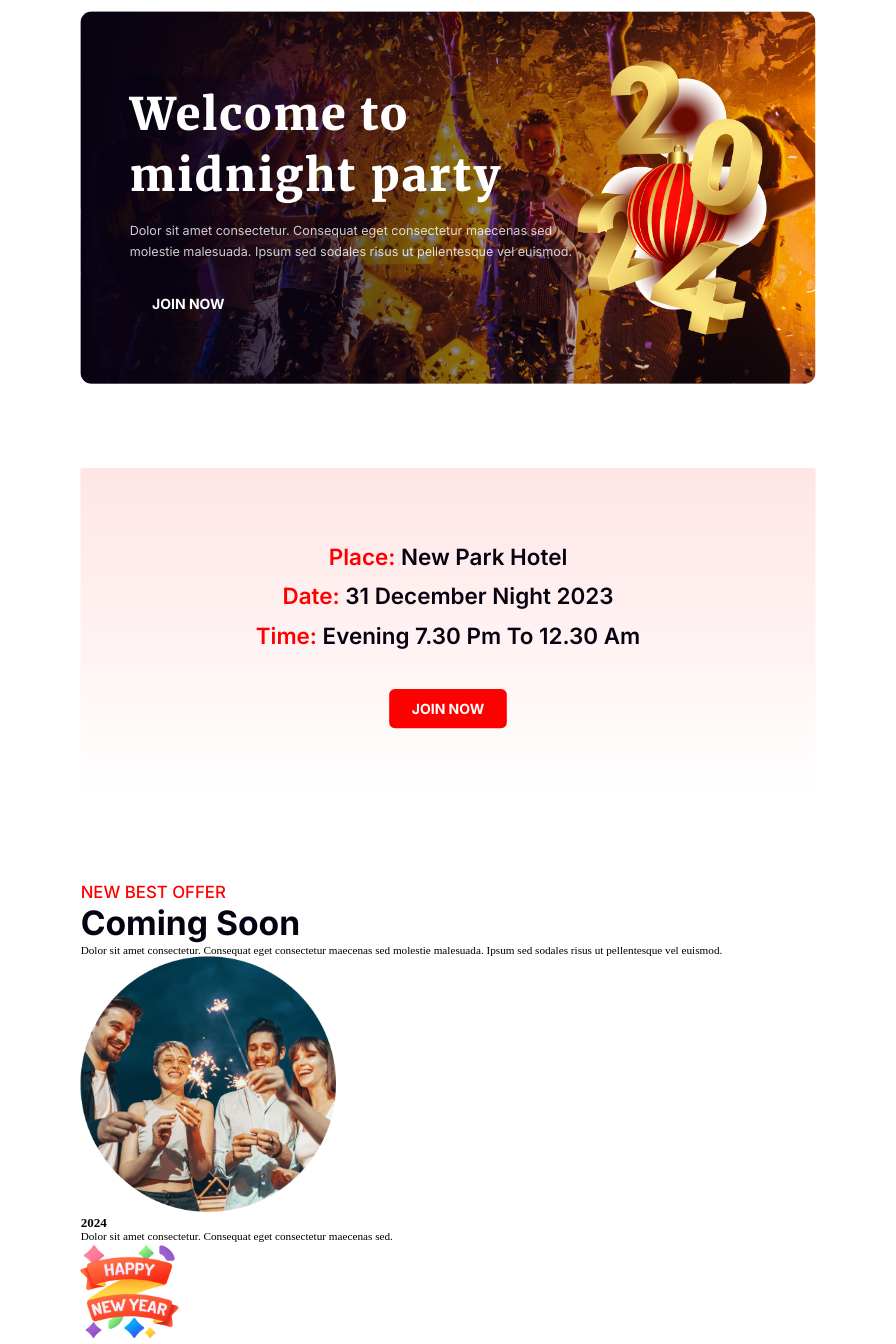
Repository: rahmatahmedrifat/First-Assignment
Page: index.html
These files come from the project's save history. The page is drawn as it stood at one moment and after the next save; the edit follows.
The browser window is 1280 px wide. The pictures show the part of the page from y = 1645 to 3565 px (the page is 3565 px tall before and 3275 px after), at 70% of full size.

Above is the page before, as saved 2024-01-08 04:40:10.

After the next save:
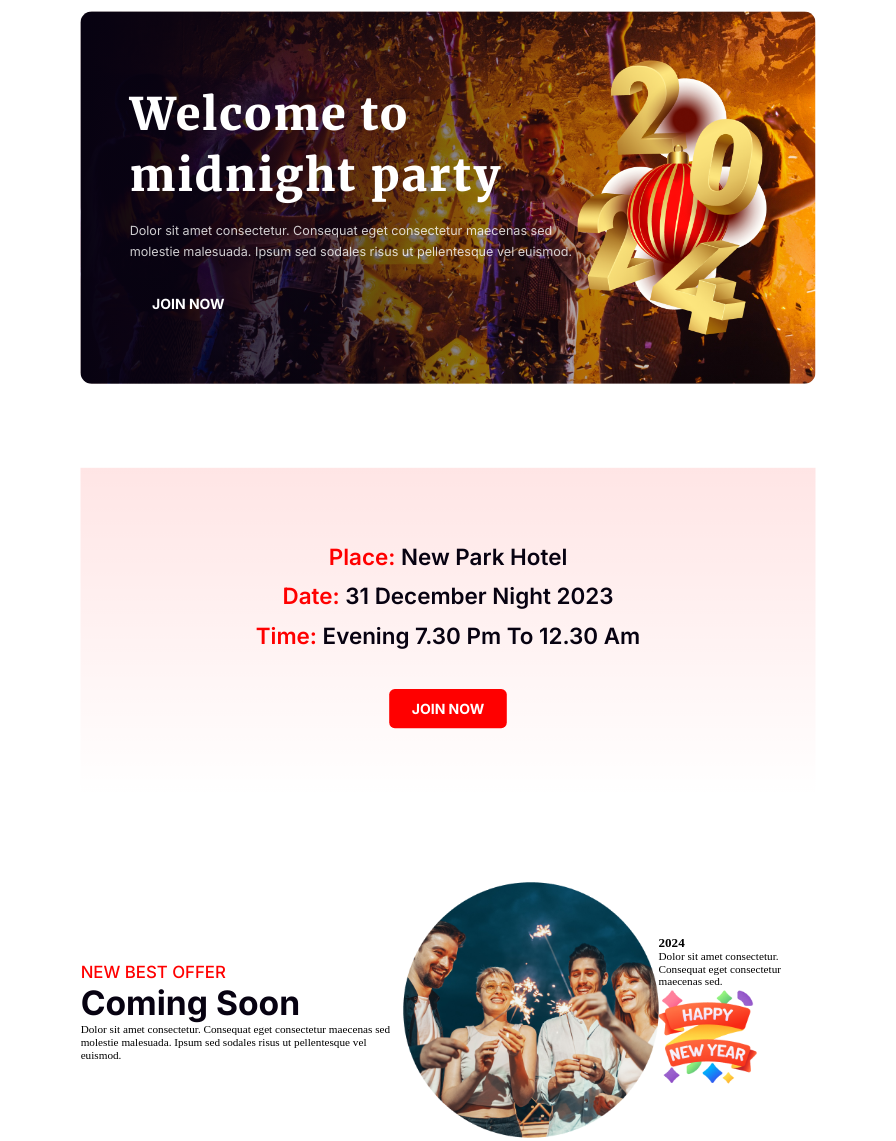
Saved 67 s later.
--- a/Style/style.css
+++ b/Style/style.css
@@ -200,3 +200,7 @@
     color: #070211;
     line-height: normal;
 }
+.best-offer-container{
+    display: flex;
+    align-items: center;
+}
